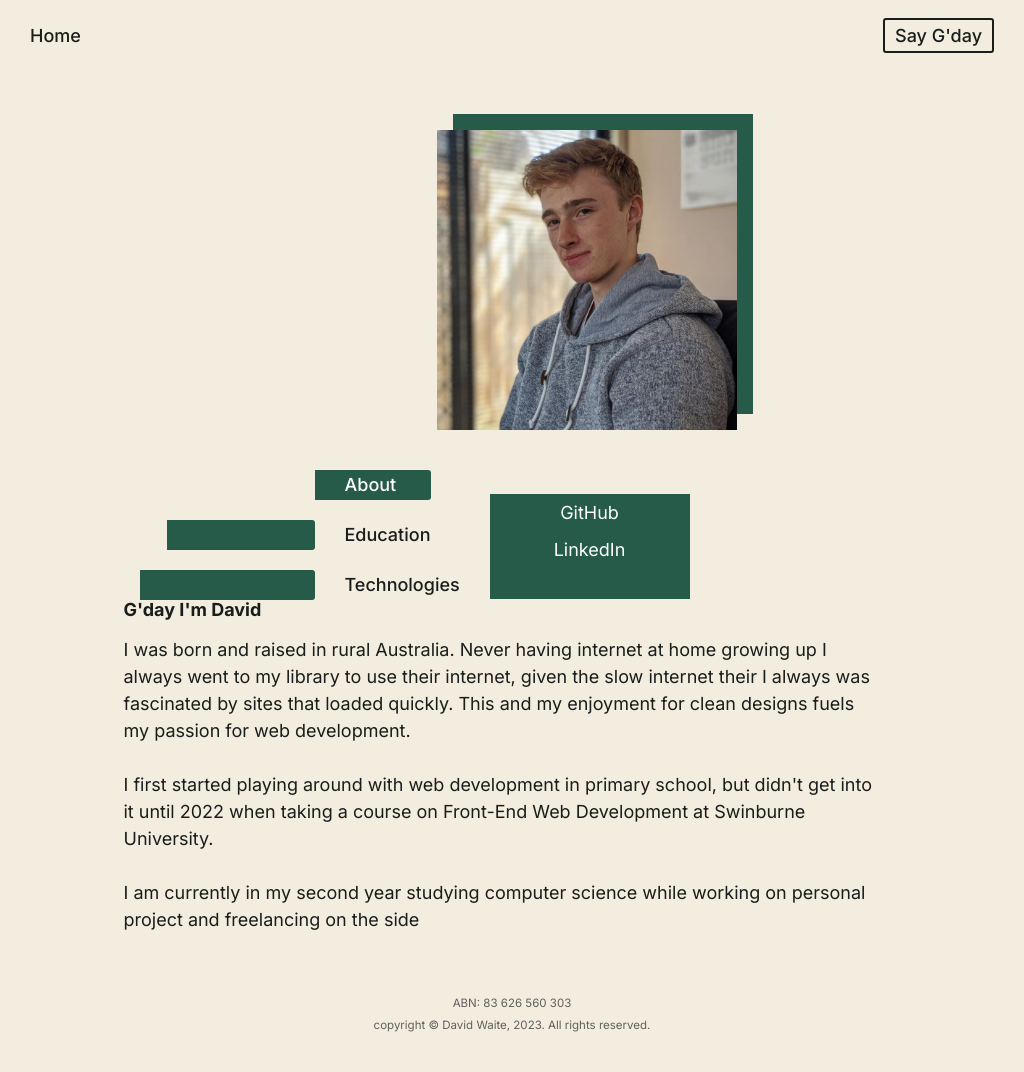
Repository: David-Waite/David-Waite-Portfolio
Page: /about
These files come from the project's save history. The page is drawn as it stood at one moment and after the next save; the edit follows.
The browser window is 1024 px wide. The pictures show the whole page.
The project was rebuilt for these pictures with package versions that can differ from the ones it lists, and the page was loaded fresh each time. The framework's server and built-in components were replaced by stand-ins that run in the browser. Also part of the build but not shown: next.config.js.

Above is the page before, as saved 2023-07-28 09:04:39.

After the next save:
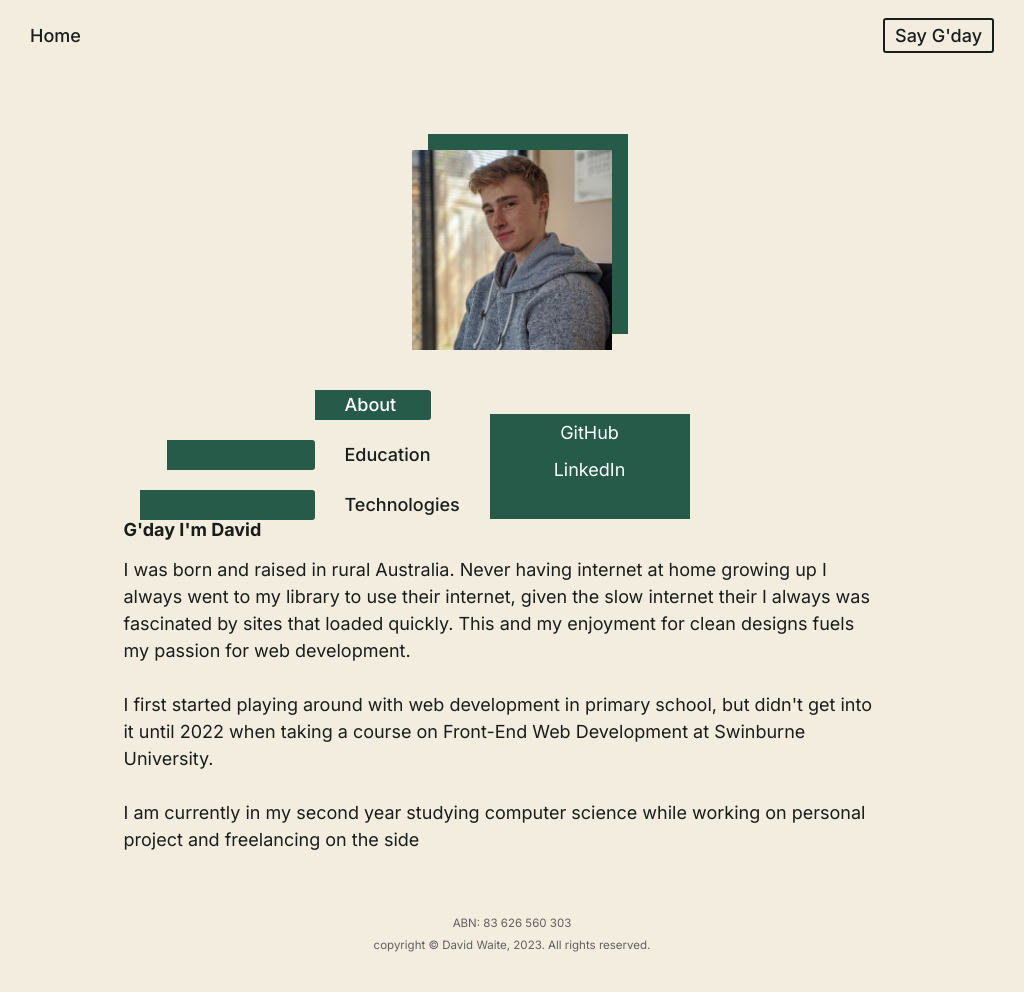
Saved 6 s later.
--- a/app/components/About/About.module.css
+++ b/app/components/About/About.module.css
@@ -159,6 +159,12 @@
     gap: 0px;
   }
   .imageContainer {
+    min-width: 300px;
+    margin-right: 0px;
+    margin-top: 20px;
+    width: 200px;
+    height: 200px;
+    min-width: 200px;
   }
   .links {
     position: static;

After the 4 saves that followed:
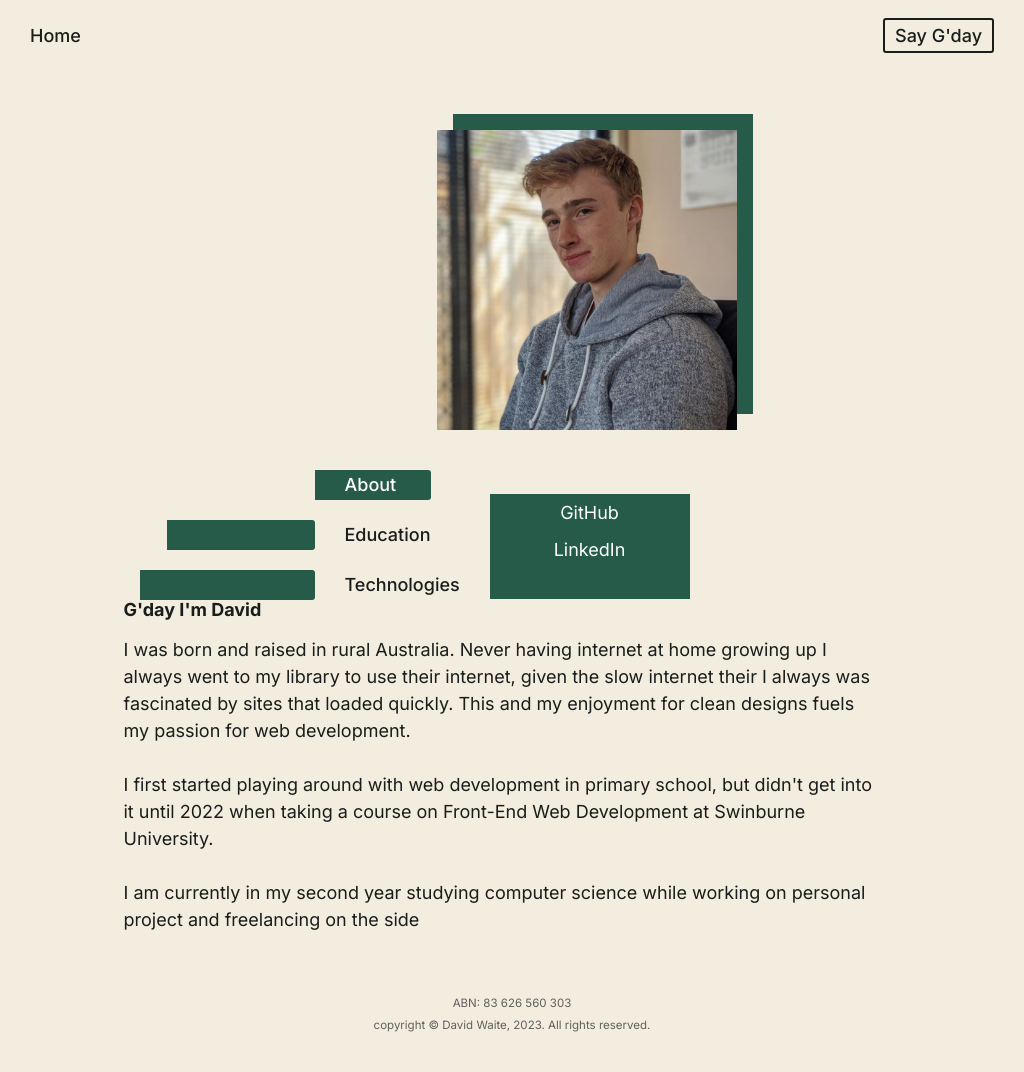
The 4 saves are shown as one change because they came seconds apart.
The last was saved 13 s later.
--- a/app/components/About/About.module.css
+++ b/app/components/About/About.module.css
@@ -159,12 +159,6 @@
     gap: 0px;
   }
   .imageContainer {
-    min-width: 300px;
-    margin-right: 0px;
-    margin-top: 20px;
-    width: 200px;
-    height: 200px;
-    min-width: 200px;
   }
   .links {
     position: static;
